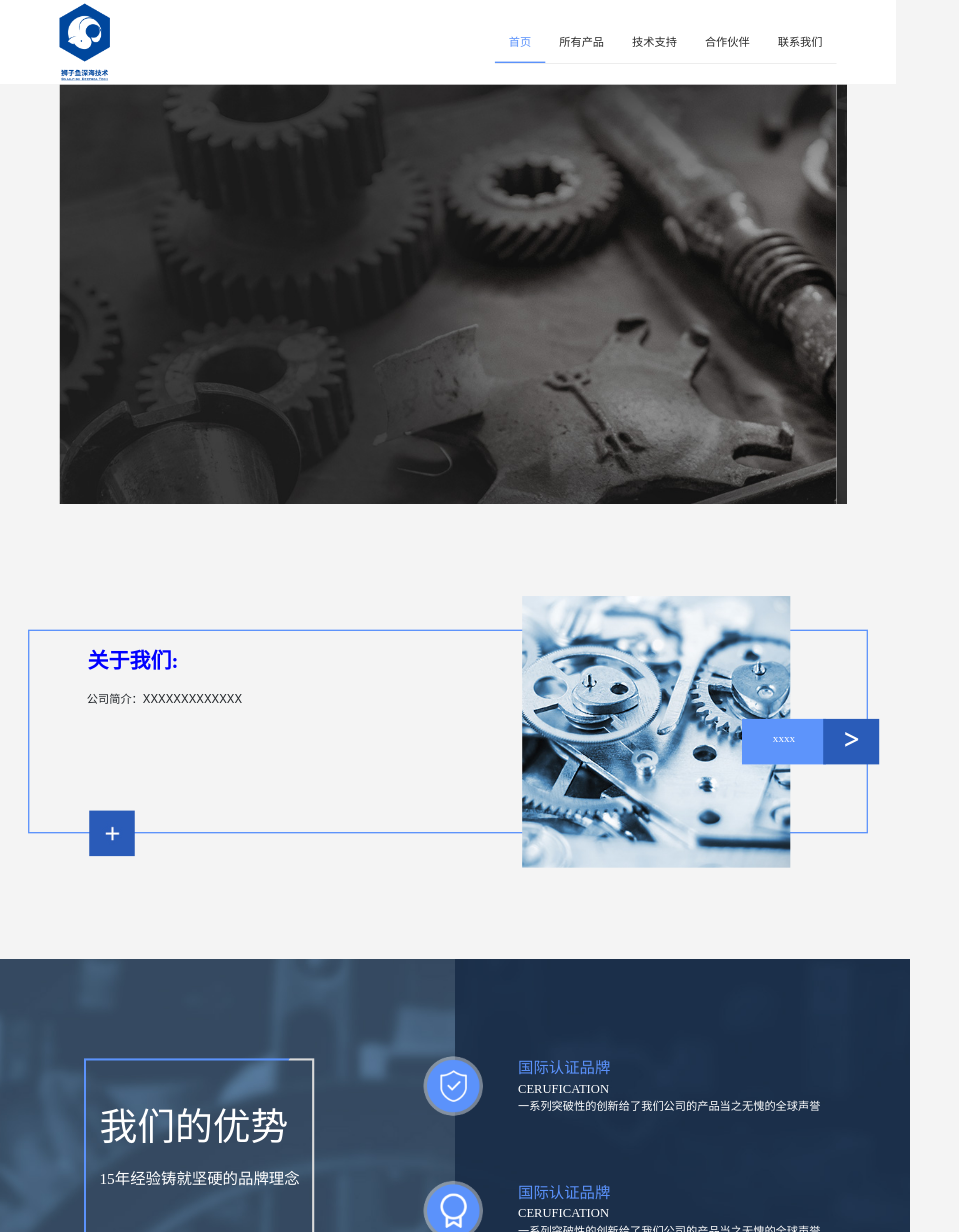
Repository: Noitom/Hadalsnailfish
Page: src/main/resources/static/index.html
An editor plug-in stored every save of this project. The page is shown before and after the next save, followed by the edit.
The browser window is 1280 px wide. The page is 1370 px wide, so the pictures cover 1370 px, including what lies to the right of the window. The pictures show the part of the page from y = 0 to 1760 px (the page is 4193 px tall before and 4793 px after), at 70% of full size.

Above is the page before, as saved 2021-12-13 18:04:30.

After the next save:
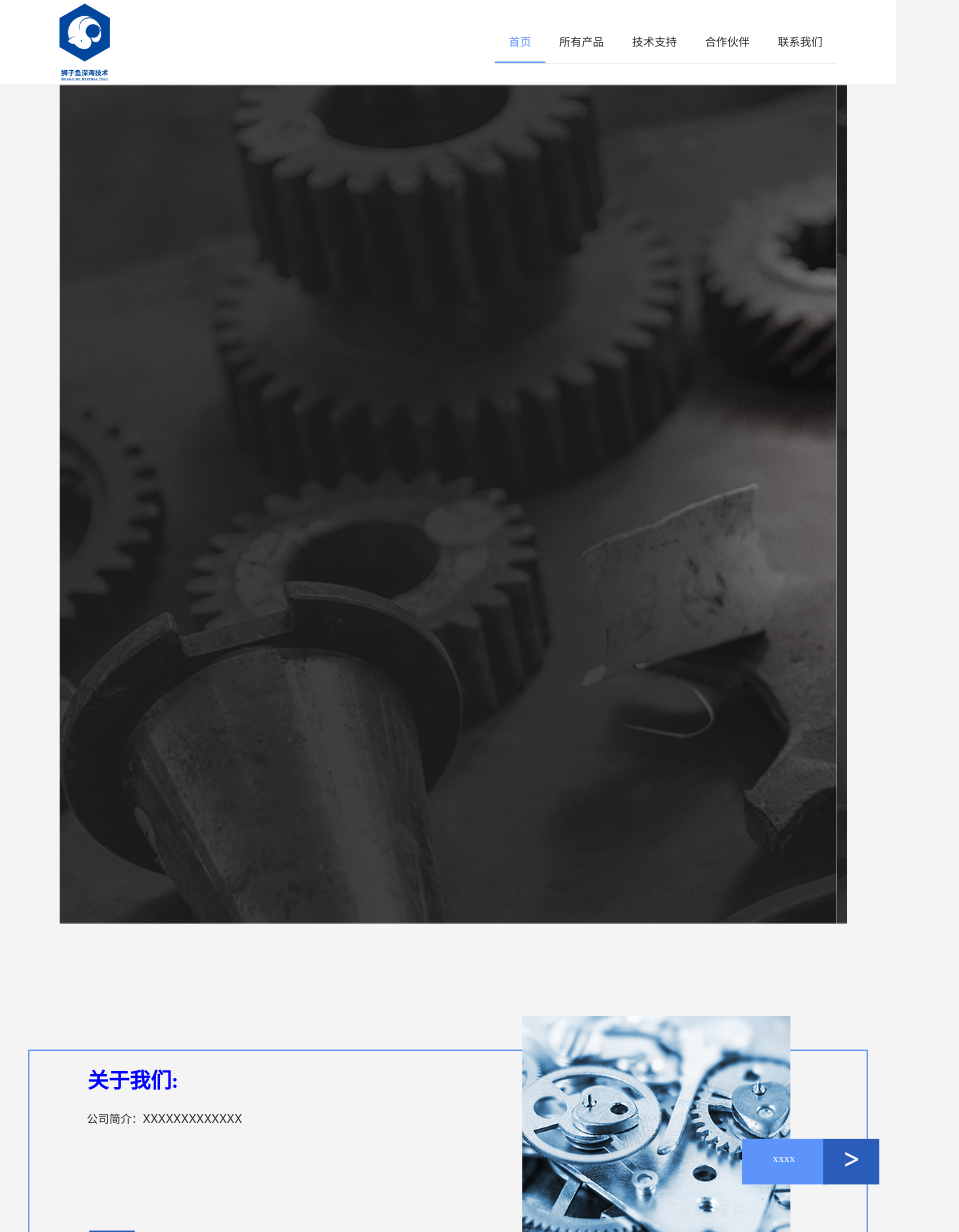
Saved 33 s later.
--- a/src/main/resources/static/index.html
+++ b/src/main/resources/static/index.html
@@ -131,9 +131,9 @@
     <div class="container" style="width: 100%;overflow-x: hidden">
         <template>
             <div class="block" >
-                <el-carousel height="600px">
+                <el-carousel height="1200px">
                     <el-carousel-item v-for="item in imageList" :key="item">
-                        <img :src="item" style="height:720px;">
+                        <img :src="item" style="height:1200px;">
                     </el-carousel-item>
                 </el-carousel>
             </div>
